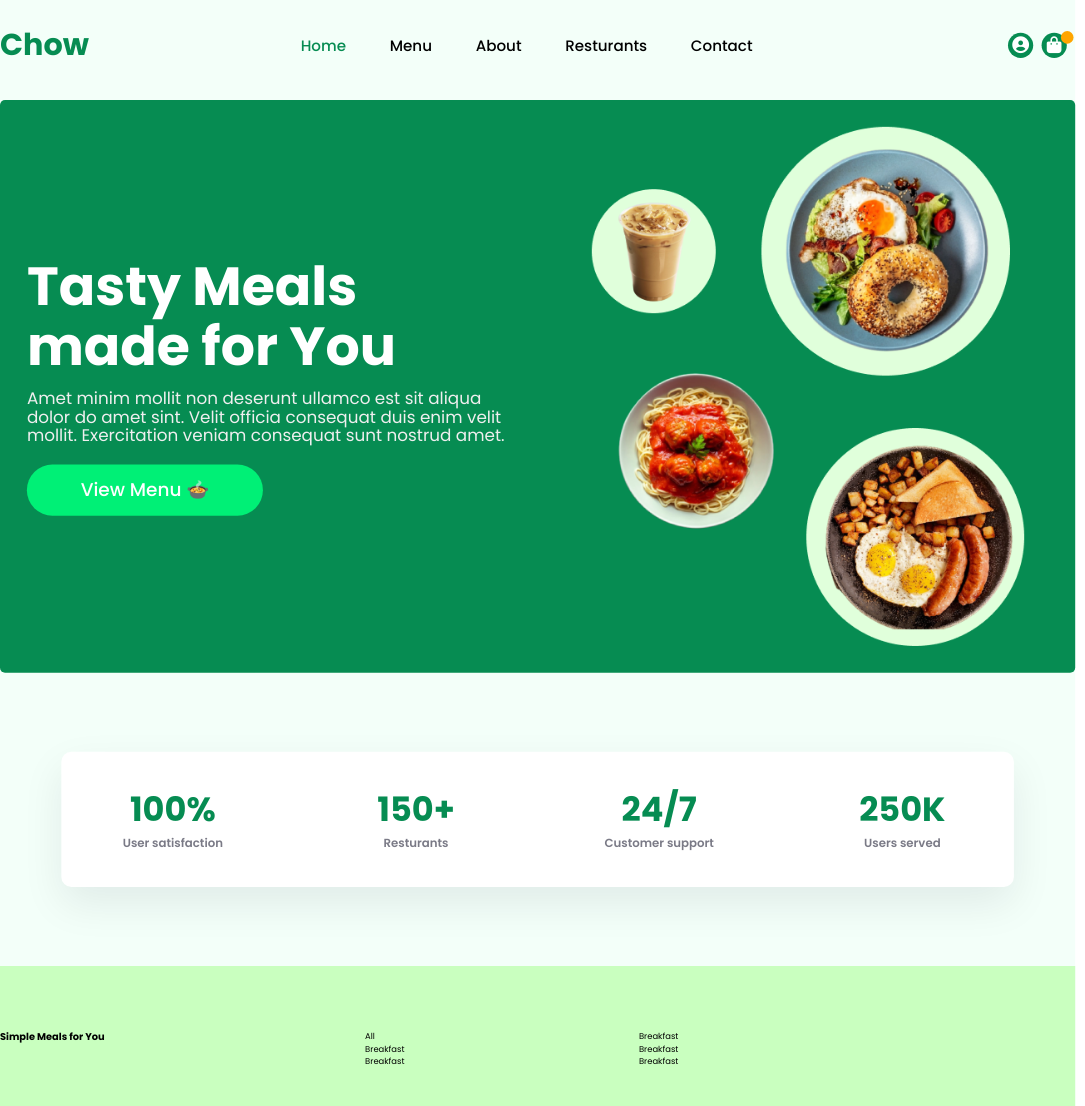
Repository: nguyennam1029/balbal
Page: index.html
These files come from the project's save history. The page is drawn as it stood at one moment and after the next save; the edit follows.
The browser window is 1280 px wide. The page is 1292 px wide, so the pictures cover 1292 px, including what lies to the right of the window. The pictures show the whole page, at 84% of full size.
Some web libraries are served in a nearby version.

Above is the page before, as saved 2022-07-01 18:00:10.

After the next save:
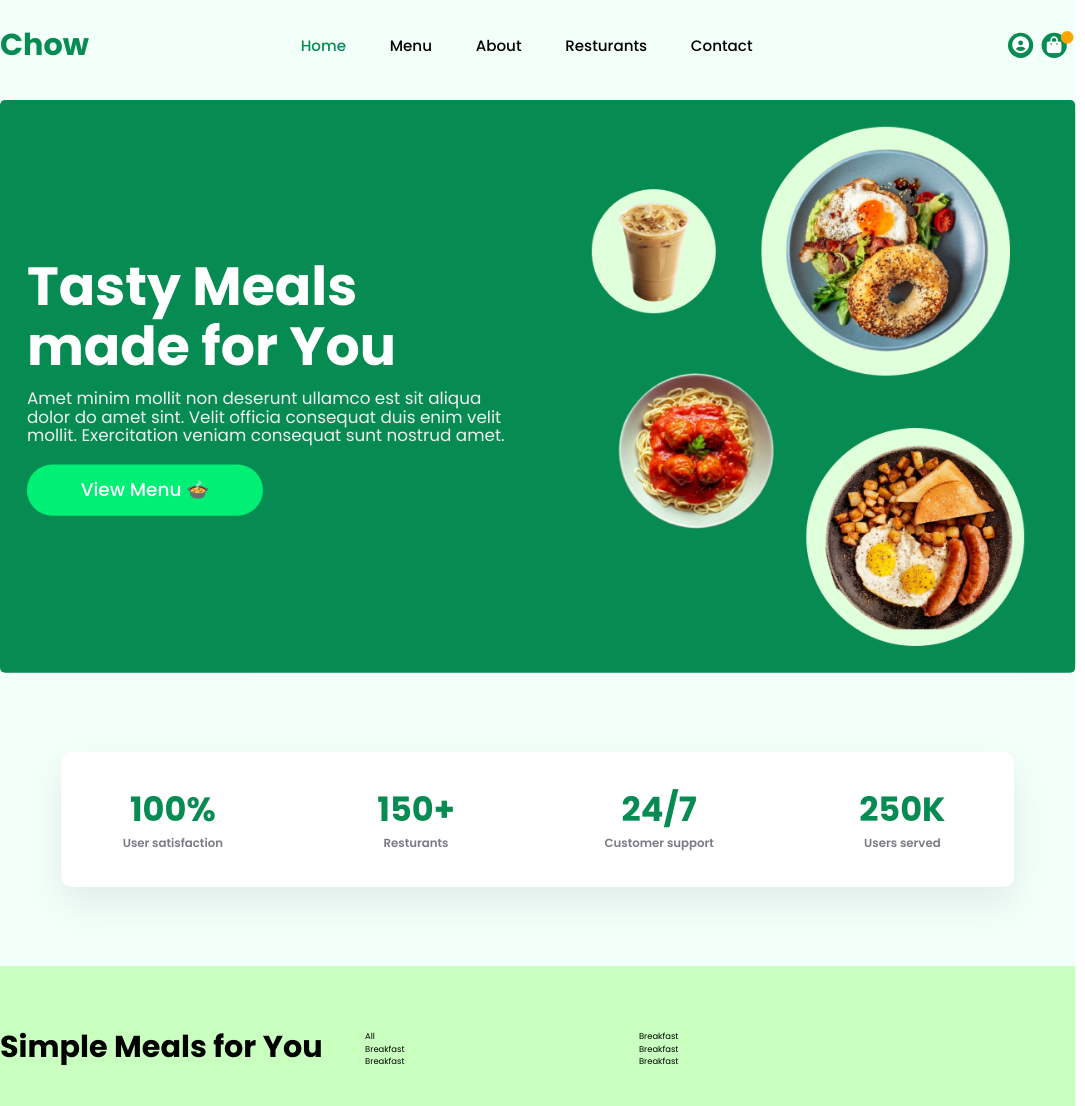
Saved 65 s later.
--- a/css/style.css
+++ b/css/style.css
@@ -223,3 +223,17 @@ ul {
     background-color: #c9ffbf;
     padding         : 76px 0 46px;
 }
+
+.product-heading {
+    font-weight: 700;
+    font-size  : 3.6rem;
+    line-height: 40px;
+
+    color: #000000;
+}
+
+.tab-list {
+    display        : flex;
+    justify-content: center;
+    align-items    : center;
+}
